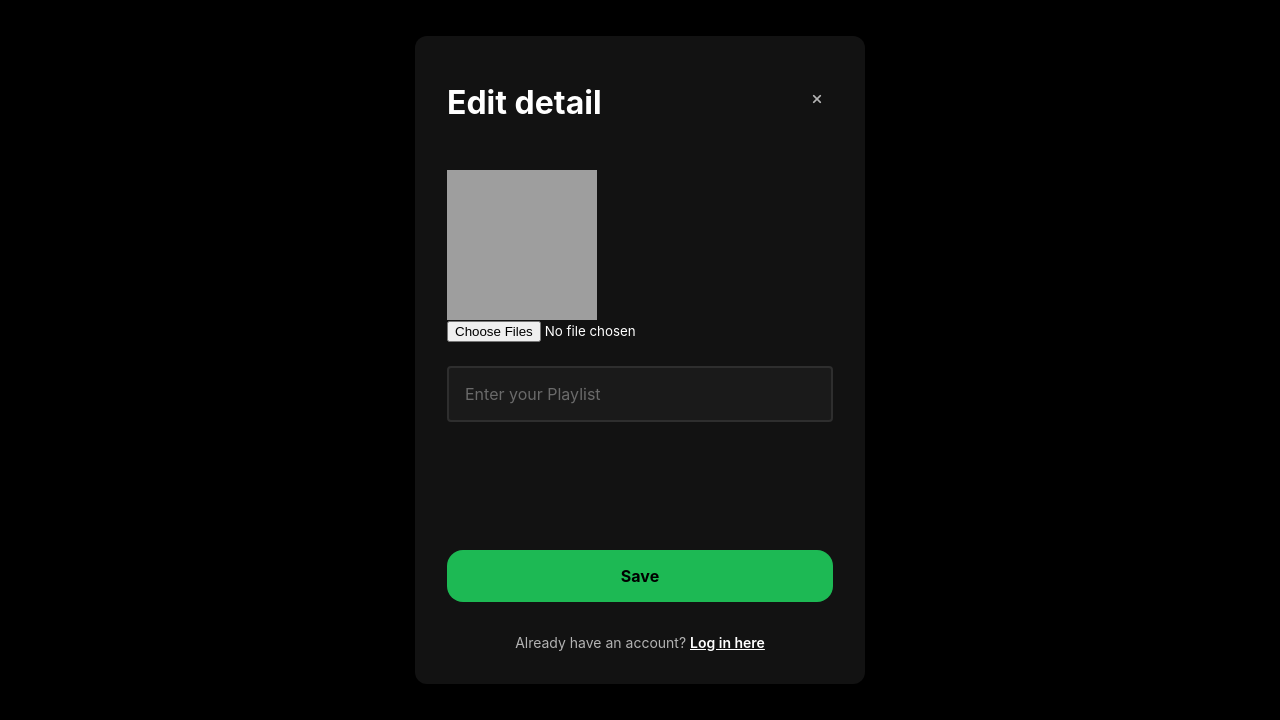
Repository: lannguyen1301/f8-zoom-module2
Page: nhap.html
The author's editor kept a copy of each file at every save. The page is drawn from the files as they stood at one save, then again after the next save.
The browser window is 1280 px wide. The pictures show the whole page.
Pictures or frames that could not be fetched are drawn as grey boxes.

Above is the page before, as saved 2025-08-15 23:03:48.

### nhap.html
<!DOCTYPE html>
<html lang="en">

<head>
    <meta charset="UTF-8" />
    <meta name="viewport" content="width=device-width, initial-scale=1.0" />
    <title>Đen - Spotify</title>
    <!-- Font Awesome CDN -->
    <link rel="stylesheet" href="https://cdnjs.cloudflare.com/ajax/libs/font-awesome/6.5.1/css/all.min.css" />
    <link rel="stylesheet" href="css/reset.css" />
    <link rel="stylesheet" href="css/variables.css" />
    <link rel="stylesheet" href="css/components.css" />
    <link rel="stylesheet" href="css/layout.css" />
    <link rel="stylesheet" href="css/tooltips.css" />
    <link rel="stylesheet" href="css/responsive.css" />
    <style>
        .header-edit {
            display: flex;
            align-items: center;
            justify-content: space-between;
            margin-bottom: 48px;
            position: relative;
        }

        .modal-heading.header-edit-title {
            margin-bottom: 0;
        }

        .modal-close.modal-close-edit {
            position: absolute;
            top: 0;
            right: 0;


        }

        .profile-group {
            display: block;
            width: 150px;
            height: 150px;
            border-radius: 50%;
        }

        .profile-group .profile-img {
            display: block;
            width: 100%;
            height: 100%;
            object-fit: cover;
        }

        .form-input {
            width: 100%;
            padding: var(--spacing-md);
            border: 2px solid var(--border-color);
            border-radius: var(--radius-sm);
            background-color: var(--bg-tertiary);
            color: var(--text-primary);
            font-size: 16px;
            transition: all var 0.15s ease (--transition-fast);
        }

        .form-group .editor {
            width: 360px;
            height: auto;
            min-height: 80px;
        }
    </style>
</head>

<body>
    <div class="modal-overlay show" id="authModal">
        <div class="modal-container">


            <div class="modal-content">
                <!-- <div class="modal-logo">
                    <i class="fab fa-spotify"></i>
                </div> -->

                <!-- Sign Up Form -->
                <div class="auth-form" id="signupForm" style="display: block;">
                    <div class="header-edit">
                        <h1 class="modal-heading header-edit-title">
                            Edit detail
                        </h1>
                        <button class="modal-close modal-close-edit" id="modalClose">
                            <i class="fas fa-times"></i>
                        </button>
                    </div>
                    <form class="auth-form-content">
                        <!-- Avatar -->
                        <div class="form-group">
                            <label for="profile" class="profile-group">
                                <img src="./assets/img/avatar-icon.png" alt="" class="profile-img">
                            </label>
                            <input type="file" name="profile" id="profile" class="input-profile" multiple required
                                accept="image/*" autofocus readonly>
                        </div>

                        <!-- My Playlist -->
                        <div class="form-group">
                            <!-- <label for="name">Display Name</label> -->
                            <input type="text" name="name" id="name" class="form-input" maxlength="20" minlength="5"
                                pattern="[" size="30" placeholder="Enter your Playlist" autocomplete="on"
                                spellcheck="false" autofocus="">
                        </div>

                        <!-- textarea -->
                        <div class="form-group">
                            <label for="editor" onclick="editor.focus()" hidden>Nội dung</label>
                            <div id="editor" class="editor" contenteditable="" placeholder="Nhập nội dung..."
                                name="content" oninput="content.innerHTML = this.innerHTML"></div>
                            <textarea id="content" name="content" hidden=""></textarea>
                        </div>

                        <!-- <div class="form-group invalid">
                            <input type="email" placeholder="Email address" class="form-input" id="signupEmail">
                            <div class="error-message">
                                <i class="fas fa-info-circle"></i>
                                <span>Please enter a valid email
                                    address</span>
                            </div>
                        </div> -->

                        <!-- <div class="form-group">
                            <input type="password" placeholder="Password" class="form-input" id="signupPassword">
                            <div class="error-message">
                                <i class="fas fa-info-circle"></i>
                                <span>Password must be at least 8
                                    characters</span>
                            </div>
                        </div> -->

                        <button type="submit" class="auth-submit-btn">
                            Save
                        </button>
                    </form>

                    <div class="auth-switch">
                        <span>Already have an account? </span>
                        <button class="auth-link" id="showLogin">
                            Log in here
                        </button>
                    </div>
                </div>

                <!-- Login Form -->
                <div class="auth-form" id="loginForm" style="display: none">
                    <h1 class="modal-heading">Log in to Spotify</h1>

                    <form class="auth-form-content">
                        <div class="form-group">
                            <input type="email" placeholder="Email address" class="form-input" id="loginEmail">
                            <div class="error-message">
                                <i class="fas fa-info-circle"></i>
                                <span>Please enter a valid email
                                    address</span>
                            </div>
                        </div>

                        <div class="form-group">
                            <input type="password" placeholder="Password" class="form-input" id="loginPassword">
                            <div class="error-message">
                                <i class="fas fa-info-circle"></i>
                                <span>Please enter your password</span>
                            </div>
                        </div>

                        <button type="submit" class="auth-submit-btn">
                            Log In
                        </button>
                    </form>

                    <div class="auth-switch">
                        <span>Don't have an account? </span>
                        <button class="auth-link" id="showSignup">
                            Sign up here
                        </button>
                    </div>
                </div>
            </div>
        </div>
    </div>
    <!-- <script src="main.js" type="module"></script> -->
    <!-- <script src="main.js" type="module"></script> -->
</body>

</html>

### css/reset.css
/* Reset CSS */
* {
    margin: 0;
    padding: 0;
    box-sizing: border-box;
}

html,
body {
    height: 100%;
    font-family: "Circular", -apple-system, BlinkMacSystemFont, "Segoe UI",
        Roboto, Oxygen, Ubuntu, Cantarell, sans-serif;
    background-color: var(--bg-primary);
    color: var(--text-primary);
    overflow: hidden;
}

button {
    border: none;
    background: none;
    cursor: pointer;
    font-family: inherit;
}

input {
    border: none;
    outline: none;
    font-family: inherit;
}

img {
    display: block;
    max-width: 100%;
    height: auto;
}

a {
    text-decoration: none;
    color: inherit;
}

ul,
ol {
    list-style: none;
}

/* Font Awesome icon base styles */
i {
    display: inline-block;
    font-style: normal;
}

### css/variables.css
/* CSS Variables */
:root {
    /* Colors */
    --bg-primary: #000000;
    --bg-secondary: #121212;
    --bg-tertiary: #1a1a1a;
    --bg-hover: #1f1f1f;
    --bg-active: #2a2a2a;

    --text-primary: #ffffff;
    --text-secondary: #b3b3b3;
    --text-muted: #6a6a6a;

    --accent-primary: #1db954;
    --accent-hover: #1ed760;
    --accent-active: #169c46;

    --border-color: #2e2e2e;
    --shadow: rgba(0, 0, 0, 0.5);

    /* Spacing */
    --spacing-xs: 4px;
    --spacing-sm: 8px;
    --spacing-md: 16px;
    --spacing-lg: 24px;
    --spacing-xl: 32px;
    --spacing-2xl: 48px;

    /* Border radius */
    --radius-sm: 4px;
    --radius-md: 8px;
    --radius-lg: 12px;
    --radius-xl: 16px;
    --radius-full: 50%;

    /* Transitions */
    --transition-fast: 0.15s ease;
    --transition-normal: 0.3s ease;
    --transition-slow: 0.5s ease;

    /* Z-index */
    --z-sidebar: 10;
    --z-header: 20;
    --z-player: 30;
    --z-modal: 40;
    --z-tooltip: 50;
}

### css/layout.css
/* Layout Styles */

.app-container {
    display: grid;
    grid-template-areas:
        "sidebar main"
        "player player";
    grid-template-columns: 280px 1fr;
    grid-template-rows: 1fr 72px;
    height: 100vh;
    gap: var(--spacing-sm);
    padding: var(--spacing-sm);
    background-color: var(--bg-primary);
}

/* Sidebar */
.sidebar {
    grid-area: sidebar;
    background-color: var(--bg-secondary);
    border-radius: var(--radius-md);
    padding: var(--spacing-lg);
    overflow-y: auto;
    z-index: var(--z-sidebar);
}

.sidebar-header {
    margin-bottom: var(--spacing-xl);
}

.logo i {
    font-size: 32px;
    color: var(--text-primary);
}

.sidebar-nav {
    display: flex;
    flex-direction: column;
    gap: var(--spacing-md);
}

.nav-section {
    display: flex;
    align-items: center;
    justify-content: space-between;
    margin-bottom: var(--spacing-md);
}

.nav-section .section-title {
    font-size: 16px;
    font-weight: 700;
    color: var(--text-secondary);
}

.nav-tabs {
    display: flex;
    gap: var(--spacing-sm);
    margin-bottom: var(--spacing-md);
}

.library-content {
    display: flex;
    flex-direction: column;
    gap: var(--spacing-xs);
}

/* Main Content */
.main-content {
    grid-area: main;
    background: linear-gradient(
        to bottom,
        #535353 0%,
        var(--bg-secondary) 250px
    );
    border-radius: var(--radius-md);
    display: flex;
    flex-direction: column;
    overflow: hidden;
}

.main-header {
    display: flex;
    align-items: center;
    justify-content: space-between;
    padding: var(--spacing-md) var(--spacing-lg);
    background-color: transparent;
    z-index: var(--z-header);
}

.search-container {
    flex: 1;
    display: flex;
    justify-content: flex-start;
    max-width: 420px;
}

.header-actions {
    display: flex;
    align-items: center;
    gap: var(--spacing-lg);
}

.auth-buttons {
    display: none;
    align-items: center;
    gap: var(--spacing-md);
}

.auth-buttons.show {
    display: flex;
}

.user-info {
    display: flex;
    align-items: center;
    /* justify-content: center; */
    gap: 8px;
}

.user-info.show {
    display: flex;
}

.content-wrapper {
    flex: 1;
    padding: 0 var(--spacing-lg) var(--spacing-lg);
    overflow-y: auto;
}

/* Player */
.player {
    grid-area: player;
    background-color: var(--bg-secondary);
    border-radius: var(--radius-md);
    padding: var(--spacing-md) var(--spacing-lg);
    display: flex;
    align-items: center;
    justify-content: space-between;
    z-index: var(--z-player);
    border-top: 1px solid var(--border-color);
}

.player-left {
    display: flex;
    align-items: center;
    gap: var(--spacing-md);
    min-width: 0;
    flex: 1;
    max-width: 300px;
}

.player-image {
    width: 56px;
    height: 56px;
    border-radius: var(--radius-sm);
    object-fit: cover;
}

.player-info {
    min-width: 0;
    flex: 1;
}

.player-title {
    font-size: 14px;
    font-weight: 400;
    color: var(--text-primary);
    white-space: nowrap;
    overflow: hidden;
    text-overflow: ellipsis;
    margin-bottom: 2px;
}

.player-artist {
    font-size: 11px;
    color: var(--text-secondary);
    white-space: nowrap;
    overflow: hidden;
    text-overflow: ellipsis;
}

.player-center {
    display: flex;
    flex-direction: column;
    align-items: center;
    gap: var(--spacing-sm);
    flex: 2;
    max-width: 722px;
}

.player-controls {
    display: flex;
    align-items: center;
    gap: var(--spacing-md);
}

.progress-container {
    display: flex;
    align-items: center;
    gap: var(--spacing-md);
    width: 100%;
}

.progress-bar {
    flex: 1;
}

.time {
    font-size: 11px;
    color: var(--text-secondary);
    min-width: 40px;
    text-align: center;
    font-weight: 400;
}

.player-right {
    display: flex;
    align-items: center;
    gap: var(--spacing-md);
    flex: 1;
    justify-content: flex-end;
    max-width: 300px;
}

.volume-container {
    display: flex;
    align-items: center;
    gap: var(--spacing-sm);
}

.volume-bar {
    width: 93px;
}

/* Scrollbar styling */
::-webkit-scrollbar {
    width: 12px;
}

::-webkit-scrollbar-track {
    background: transparent;
}

::-webkit-scrollbar-thumb {
    background: var(--bg-tertiary);
    border-radius: 6px;
    border: 2px solid transparent;
    background-clip: content-box;
}

::-webkit-scrollbar-thumb:hover {
    background: var(--bg-hover);
    background-clip: content-box;
}

### css/tooltips.css
.control-btn .tooltiptext {
    visibility: hidden;
    width: 120px;
    background-color: #555;
    color: #fff;
    text-align: center;
    border-radius: 6px;
    padding: 5px 0;
    position: absolute;
    z-index: 1;
    bottom: 125%;
    left: 50%;
    margin-left: -60px;
    opacity: 0;
    transition: opacity 0.3s;
}

.control-btn .tooltiptext::after {
    content: "";
    position: absolute;
    top: 100%;
    left: 50%;
    margin-left: -5px;
    border-width: 5px;
    border-style: solid;
    border-color: #555 transparent transparent transparent;
}

.control-btn:hover .tooltiptext {
    visibility: visible;
    opacity: 1;
}

### css/responsive.css
/* Responsive Styles */

/* Large Desktop */
@media (min-width: 1200px) {
    .artist-name {
        font-size: 96px;
    }

    .track-item {
        grid-template-columns: 16px 40px 4fr 1fr auto auto auto;
    }
}

/* Desktop */
@media (max-width: 1199px) and (min-width: 1024px) {
    .artist-name {
        font-size: 72px;
    }

    .track-item {
        grid-template-columns: 16px 40px 3fr 1fr auto auto auto;
    }
}

/* Tablet */
@media (max-width: 1023px) and (min-width: 768px) {
    .app-container {
        grid-template-columns: 240px 1fr;
    }

    .sidebar {
        padding: var(--spacing-md);
    }

    .artist-name {
        font-size: 48px;
    }

    .artist-hero {
        height: 280px;
    }

    .hero-content {
        bottom: var(--spacing-md);
        left: var(--spacing-md);
    }

    .track-item {
        grid-template-columns: 16px 40px 2fr auto auto auto;
        gap: var(--spacing-sm);
    }

    .track-plays {
        display: none;
    }

    .player-center {
        flex: 1.5;
    }

    .search-container {
        max-width: 300px;
    }
}

/* Mobile */
@media (max-width: 767px) {
    .app-container {
        grid-template-areas:
            "main"
            "player";
        grid-template-columns: 1fr;
        grid-template-rows: 1fr 72px;
        gap: 0;
        padding: 0;
    }

    .sidebar {
        display: none;
    }

    .main-content {
        border-radius: 0;
    }

    .main-header {
        padding: var(--spacing-md);
        flex-wrap: wrap;
        gap: var(--spacing-md);
    }

    .header-left {
        order: 1;
        flex: 0 0 auto;
    }

    .search-container {
        order: 3;
        flex: 1 1 100%;
        max-width: none;
    }

    .search-box {
        width: 100%;
    }

    .search-input {
        min-width: auto;
    }

    .artist-hero {
        height: 200px;
        margin: 0 -16px var(--spacing-md) -16px;
    }

    .hero-content {
        bottom: var(--spacing-sm);
        left: var(--spacing-sm);
    }

    .artist-name {
        font-size: 32px;
    }

    .monthly-listeners {
        font-size: 14px;
    }

    .content-wrapper {
        padding: 0 var(--spacing-md) var(--spacing-md);
    }

    .artist-controls {
        gap: var(--spacing-md);
        margin-bottom: var(--spacing-lg);
    }

    .play-btn-large {
        width: 48px;
        height: 48px;
    }

    .play-btn-large i {
        font-size: 20px;
    }

    .player-left {
        display: none;
    }

    .track-item {
        grid-template-columns: 16px 40px 1fr auto auto;
        gap: var(--spacing-sm);
        padding: var(--spacing-sm);
    }

    .track-plays {
        display: none;
    }

    .track-menu-btn {
        display: none;
    }

    .section-title {
        font-size: 20px;
    }

    .player {
        border-radius: 0;
        padding: var(--spacing-md);
        border-top: 1px solid var(--border-color);
    }

    .player-left {
        flex: 0 0 auto;
        min-width: 120px;
        max-width: 150px;
    }

    .player-image {
        width: 48px;
        height: 48px;
    }

    .player-info {
        max-width: 100px;
    }

    .player-title {
        font-size: 12px;
    }

    .player-artist {
        font-size: 10px;
    }

    .player-center {
        flex: 1;
        max-width: none;
    }

    .player-controls {
        gap: var(--spacing-sm);
    }

    .control-btn {
        width: 28px;
        height: 28px;
    }

    .control-btn i {
        font-size: 14px;
    }

    .play-btn {
        width: 32px;
        height: 32px;
    }

    .play-btn i {
        font-size: 14px;
    }

    .player-right {
        flex: 0 0 auto;
        gap: var(--spacing-sm);
        max-width: 120px;
    }

    .volume-container {
        display: none;
    }

    .progress-container {
        gap: var(--spacing-sm);
    }

    .time {
        font-size: 10px;
        min-width: 32px;
    }

    .pip-btn {
        display: none;
    }
}

/* Small Mobile */
@media (max-width: 480px) {
    .artist-name {
        font-size: 28px;
    }

    .verified-badge {
        font-size: 12px;
    }

    .verified-badge i {
        font-size: 14px;
    }

    .track-item {
        grid-template-columns: 16px 32px 1fr auto;
        gap: var(--spacing-xs);
    }

    .track-image img {
        width: 32px;
        height: 32px;
    }

    .track-name {
        font-size: 14px;
    }

    .track-duration {
        font-size: 12px;
    }

    .like-btn {
        display: none;
    }

    .player-left {
        min-width: 100px;
        max-width: 120px;
    }

    .player-info {
        max-width: 80px;
    }

    .player-right .control-btn:not(:nth-child(2)) {
        display: none;
    }

    .following-btn {
        font-size: 12px;
        padding: var(--spacing-xs) var(--spacing-sm);
    }
}

/* Hover states for touch devices */
@media (hover: none) {
    .like-btn,
    .track-menu-btn {
        opacity: 1;
    }

    .progress-handle,
    .volume-handle {
        opacity: 1;
    }
}

/* High DPI displays */
@media (-webkit-min-device-pixel-ratio: 2), (min-resolution: 192dpi) {
    .hero-image {
        image-rendering: -webkit-optimize-contrast;
        image-rendering: crisp-edges;
    }
}

/* Reduced motion */
@media (prefers-reduced-motion: reduce) {
    * {
        animation-duration: 0.01ms !important;
        animation-iteration-count: 1 !important;
        transition-duration: 0.01ms !important;
    }
}

/* Print styles */
@media print {
    .app-container {
        display: block;
    }

    .sidebar,
    .player {
        display: none;
    }

    .main-content {
        border-radius: 0;
        background: white;
        color: black;
    }

    .hero-overlay {
        display: none;
    }
}

Loaded but not shown: css/components.css (1104 lines, source omitted)

After the next save:
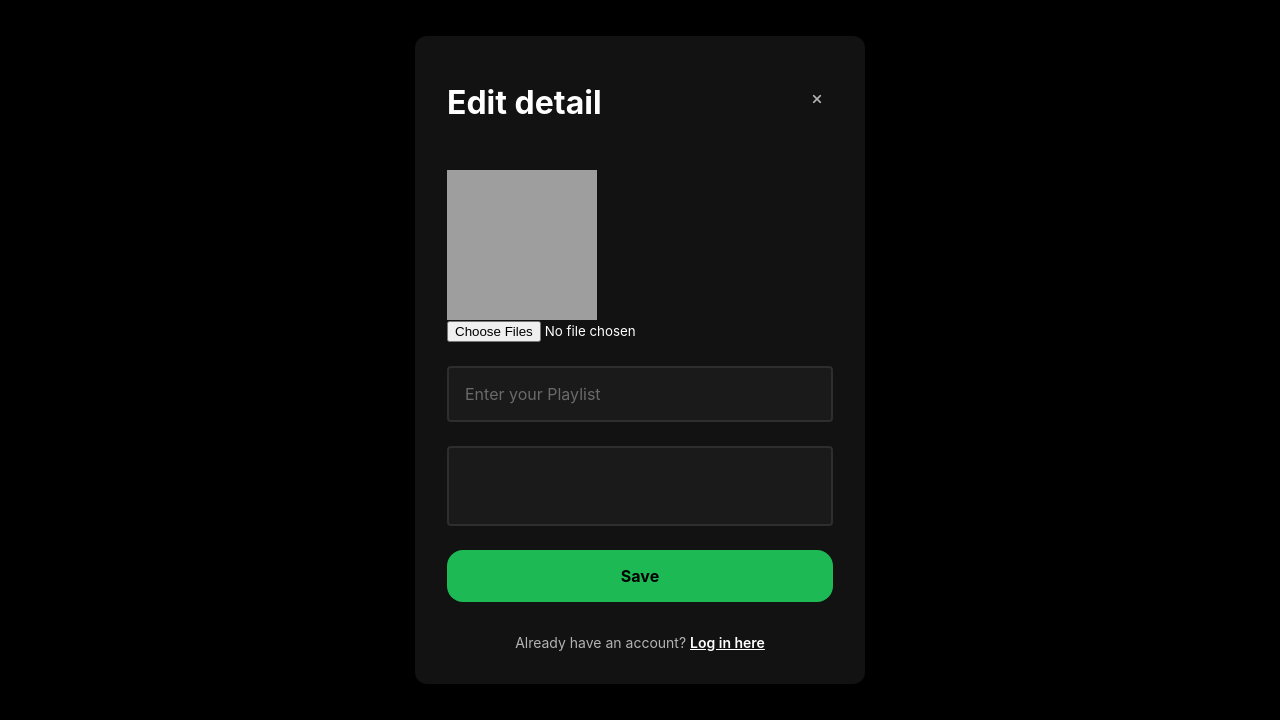
Saved 94 s later.
--- a/nhap.html
+++ b/nhap.html
@@ -48,7 +48,9 @@
             object-fit: cover;
         }
 
-        .form-input {
+        .form-group .editor {
+            height: auto;
+            min-height: 80px;
             width: 100%;
             padding: var(--spacing-md);
             border: 2px solid var(--border-color);
@@ -56,13 +58,6 @@
             background-color: var(--bg-tertiary);
             color: var(--text-primary);
             font-size: 16px;
-            transition: all var 0.15s ease (--transition-fast);
-        }
-
-        .form-group .editor {
-            width: 360px;
-            height: auto;
-            min-height: 80px;
         }
     </style>
 </head>
